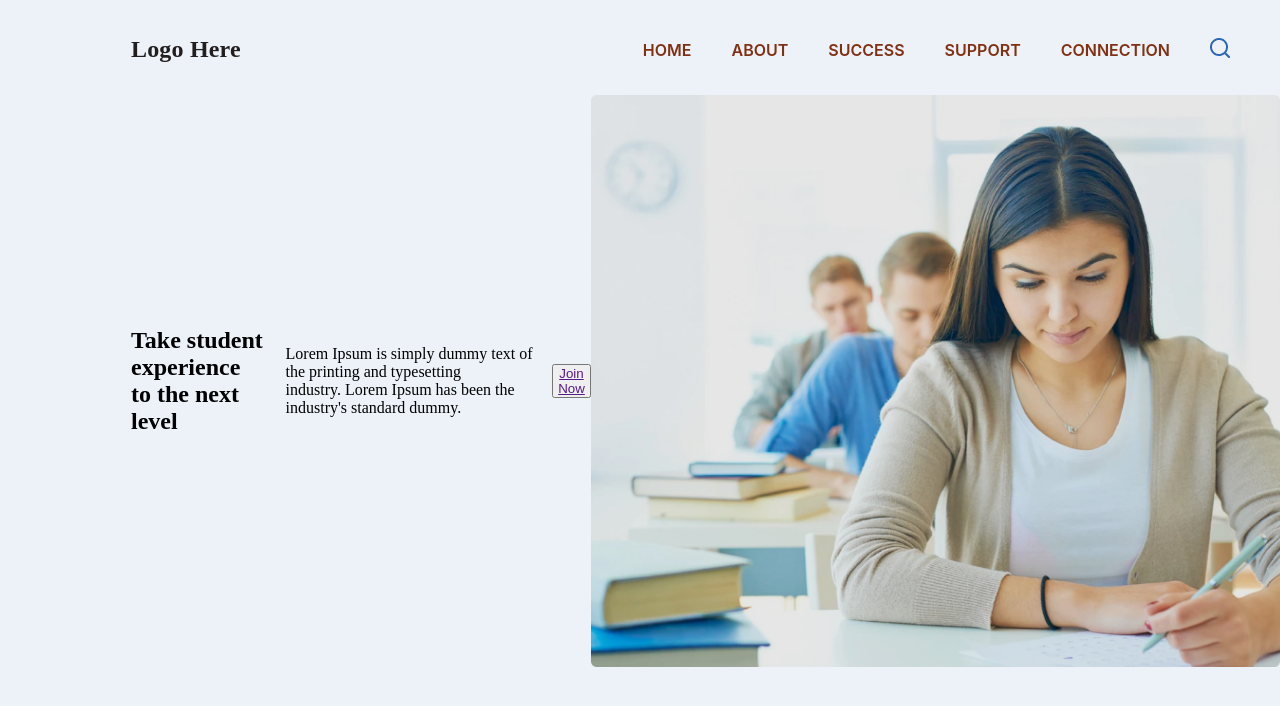
Repository: FaridRustamov09/Final-Task
Page: Pages/homePage/index.html
These files come from the project's save history. The page is drawn as it stood at one moment and after a run of saves; the edit follows.
The browser window is 1280 px wide. The pictures show the whole page.
The style sheet was rebuilt from its Sass, Less or Tailwind sources for each picture, by a compiler version that may differ from the author's.

Above is the page before, as saved 2024-07-14 20:23:58.

### Pages/homePage/index.html
<!DOCTYPE html>
<html lang="en">
  <head>
    <meta charset="UTF-8" />
    <meta name="viewport" content="width=device-width, initial-scale=1.0" />
    <title>Document</title>
    <link rel="stylesheet" href="index.css" />
  </head>
  <body>
    <div class="container1">
      <nav>
        <b>Logo Here</b>
        <ul>
          <li><a href="../homePage/index.html">Home</a></li>
          <li><a href="../homePage/index.html">About</a></li>
          <li><a href="../homePage/index.html">Success</a></li>
          <li><a href="../homePage/index.html">Support</a></li>
          <li><a href="../homePage/index.html">Connection</a></li>
          <li>        <img src="../../images/Group 233.png" alt="" />
          </li>
        </ul>

      </nav>
      <main>

            <h2>
              Take <span>
                student experience
              </span>
              <br />
              to the next level
            </h2>
            <p>
              Lorem Ipsum is simply dummy text of the printing and typesetting
              <br />
              industry. Lorem Ipsum has been the industry's standard dummy.
            </p>
            <button><a href="">Join Now</a></button>


        <img src="../../images/Rectangle 20.png" alt="" />
        <!-- <video width="" height="240" controls>
        <source src="http://www.w3schools.com/html/mov_bbb.mp4" type="video/mp4">
        <source src="movie.ogg" type="video/ogg">
        Your browser does not support the video tag.
      </video> -->
      </main>
    </div>
  </body>
</html>

### Pages/homePage/index.scss
* {
  margin: 0;
  padding: 0;
  box-sizing: border-box;
}
.container1 {
  padding: 36px 0 0 131px;
  background: #edf2f8;
  min-height: 100vh;
  nav {
    padding-right: 50px;
    display: flex;
    align-items: center;
    justify-content: space-between;

    b {
      color: var(--black, #221e1e);
      font-family: Poppins;
      font-size: 24px;
      font-style: normal;
      font-weight: 700;
      line-height: normal;
      letter-spacing: 0.183px;
      text-transform: capitalize;

    }
    ul{
      display: flex;
      align-items: center;
      li{
        list-style-type: none;
        a {
          margin-right: 40px;
          font-family: Inter;
          font-size: 16px;
          font-style: normal;
          font-weight: 600;
          line-height: normal;
          text-transform: uppercase;
          text-decoration: none;
          color: var(--Kobe-Hover, #813013);
          &:hover{
            color: #2c66b8;
          }
        }
      }
    }

  }
  main {
    margin-top: 32px;
    display: flex;
    align-items: center;
    ul {
      li {
        list-style-type: none;
        h2 {
          color: var(--black, #221e1e);
          font-family: Inter;
          font-size: 48px;
          font-style: normal;
          font-weight: 600;
          line-height: 60px;
          span{
            color: #4E81BA
          }
        }
        p {
          color: #221e1e;
          font-family: Inter;
          font-size: 16px;
          font-style: normal;
          font-weight: 400;
          line-height: 28px;
          text-transform: capitalize;
        }
        button {
          border: none;
          width: 150px;
          height: 50px;

          border-radius: 8px;
          background: #2c66b8;
          a {
            text-decoration: none;
            color: #fff;
            font-family: Inter;
            font-size: 16px;
            font-style: normal;
            font-weight: 600;
            line-height: normal;
            text-transform: uppercase;
          }
        }
      }
    }
    img {
      width: 60%;
    }
  }
}

After the next 3 saves:
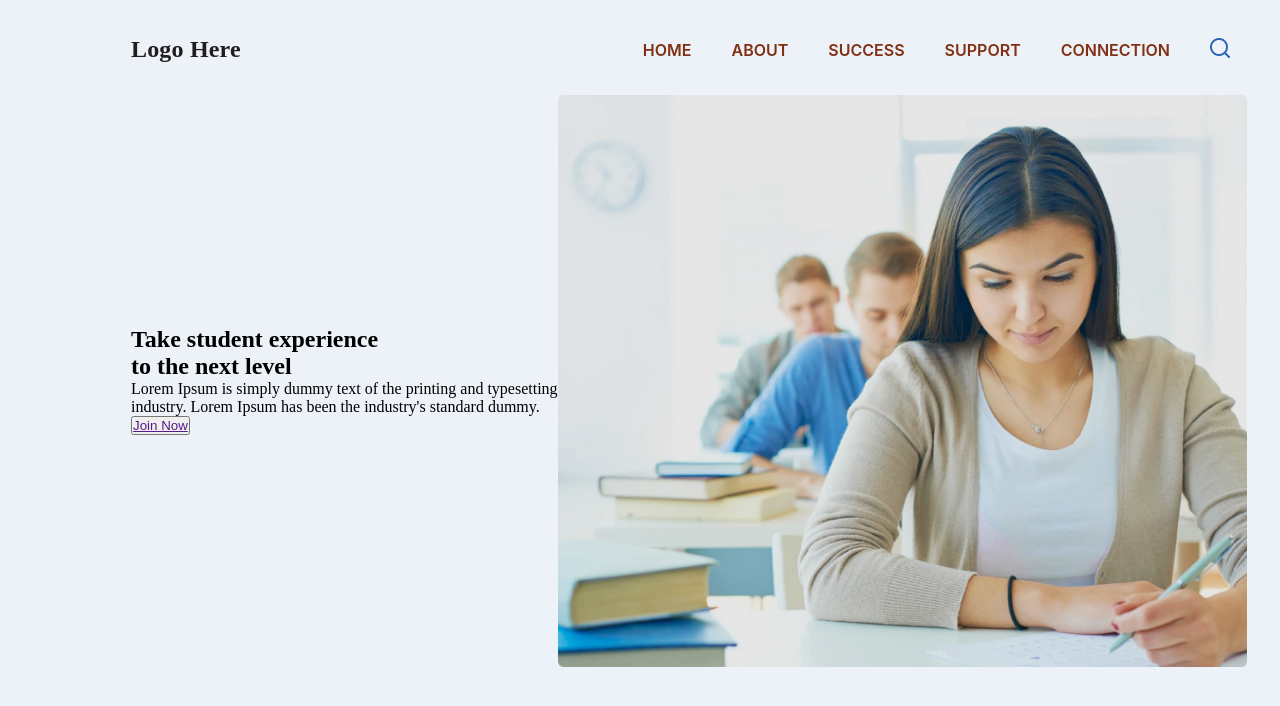
The 3 saves are shown as one change because they came seconds apart.
The last was saved 9 s later.
--- a/Pages/homePage/index.html
+++ b/Pages/homePage/index.html
@@ -22,7 +22,7 @@
 
       </nav>
       <main>
-
+       <div class="left-box">
             <h2>
               Take <span>
                 student experience
@@ -36,7 +36,7 @@
               industry. Lorem Ipsum has been the industry's standard dummy.
             </p>
             <button><a href="">Join Now</a></button>
-
+        </div>
 
         <img src="../../images/Rectangle 20.png" alt="" />
         <!-- <video width="" height="240" controls>
